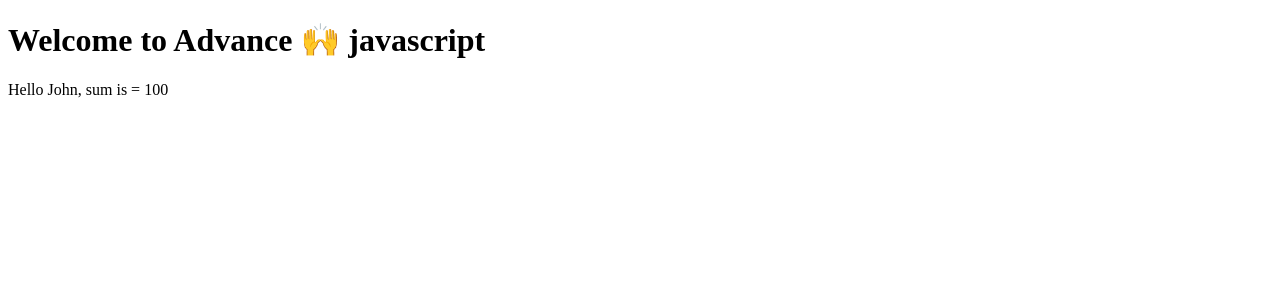
Repository: Gulzarokz/Advance_javascript
Page: index.html
The author's editor kept a copy of each file at every save. The page is drawn from the files as they stood at one save, then again after the next save.
The browser window is 1280 px wide. The pictures show the whole page.

Above is the page before, as saved 2026-01-01 22:50:56.

### index.html
<!DOCTYPE html>
<html lang="en">

<head>
    <meta charset="UTF-8">
    <meta name="viewport" content="width=device-width, initial-scale=1.0">
    <title>Advance 🙌 javascript</title>
</head>

<body>
    <h1>Welcome to Advance 🙌 javascript</h1>

    <script src="./index.js"></script>
</body>

</html>

### index.js
// This is the main JavaScript file for the Advance 🙌 javascript project
//var, let and const
//two versions of javascript
//ES5 - 2009
//ES6 old var, let - 2015 new version const and let

// we will used both version of es6 and es5
// es5 - var
// es6 - let and const
// difference between var, let and const
// 1. var is function scoped
// var add self into window object
// function testVar() {
//     for (var i = 0; i < 5; i++) {
//         console.log(i);
//     }
//     console.log(i);

// }
// testVar();
//    let are  block scoped
// let con't add self into window object
// function testLet() {
//     for (let i = 0; i < 5; i++) {
//         console.log(i);
//     }
//     console.log(i);

// }
// testLet();
// 2. var can be re-declared and updated
//    let can be updated but not re-declared
//    const can neither be updated nor re-declared
//

// practical of var, let and const

// var a = 10;
// var a = 20; // re-declared
// a = 30; // updated
// console.log("var a:", a); // 30
// scopping difference
// if (1 == 1) {
//     var x = 10; // function scoped
// }
// console.log(x);

// let
// let b = 10;
// let b = 15; // re-declared error
// b = 20; // updated
// console.log(b);
// if (1 == 1) {
//     let x = 10; // function scoped
//     console.log(x);

// }
// console.log(x);

// const  cannot be updated or re-declared
// const c = 10;
// const c = 20;
// c = 30;
// console.log(c);

// if (1 == 1) {
//     const  x = 10; // function scoped
//     console.log(x);

// }
// console.log(x);
// ====================================================================
// Templete Literals
// ======================================

// var user = "John";
// var greeting = "Hello " + user; before es6 and template literals
// var greeting = `Hello ${user}; welcome to template literals`
// console.log(greeting);

// used in function
// var fName = "John";
// var lName = "Doe";
// function fullName(fName, lName) {
//     return `Your full name is ${fName} ${lName}`;
// }

// let result = fullName(fName, lName);
// console.log(result);

//  ====================================================================
// Arrow Functions
// ======================================
//  funcation add(a, b) { normal function
//         return a + b;
//  }
//  add(5, 10); // 15

// let add = function(a, b){ // function expression
//     return a + b;
// }
// add(5, 10); // 15
//  arrow function
// let add = (a, b) => {
//     return a + b;
// }
// let result = add(5, 10); // 15
// console.log(result);

//  ====================================================================
// Rest operator
// ======================================

// let sum = (name, ...args) => {

//     console.log(`Hello ${name}`);
//     let sum = 0;
//     for (let i in args) {
//         sum += args[i];
//     }
//     return sum;
// }
// console.log(sum("John", 1, 2, 3, 4, 5)); // 15

//  ====================================================================
// var , let , const
// ======================================

// var a = "I am var";
// var a = "Hello " can be re-declared
// a = "world"       can be re-assign
// console.log(a);

// const
// const a = "I am const";
// // var a = "Hello " cannot be re-declared
// // a = "world"      cannot be re-assign
// console.log(a);
// // a = "world"
// console.log(a);

// let

// let a = "i am let";
// let a = "world";  cannot be re-declared
// a = "hello";      // can be re-assign
// a = "hello";
// console.log(a);

// if (1 == 1) {
//     var a = "hello"
//     console.log(a);

// }
// console.log(a);

// if (1 == 1) {
//     let a = "hello"
//     console.log(a);

// }
// console.log(a);


// if (1 == 1) {
//     const a = "hello"
//     console.log(a);

// }
// console.log(a);

// templet staring and templet literals

// let user = "gulzar khan";
// let marks = 550;
// // console.log("Hello" +  user);
// // console.log(`Hello ${user}, welcome to templet literals`);
// console.log(`Hello ${user}, your marks is = ${marks}`);

// let fName = "Gulzar";
// let lName = "Khan";

// function fullName(fName, lName) {
//     return `your fullName is ${fName} ${lName}`;
// }

// let result = fullName(fName, lName);
// console.log(result);

// rest operator

// function sum(name, ...args) {
//     let sum = 0;

//     for (let i in args) {
//         sum += args[i]
//     }
//     // console.log(sum);
//     document.writeln(`Hello ${name}, sum is  = ${sum}`);


// }

// sum("John", 23, 21, 34)
// sum("John", 23, 21)

// spread operator

// let arr1 = [1, 2, 3];
// let arr2 = [4, 5, 6];
// let arr3 = [...arr1, ...arr2];
// console.log(arr3);


function sum(name, ...args) {
    let sum = 0;

    for (let i in args) {
        sum += args[i]
    }
    document.writeln(`Hello ${name}, sum is  = ${sum}`);

}
let arr = [10, 20, 30, 40];

sum("John", ...arr)
console.log(arr);

After the next save:
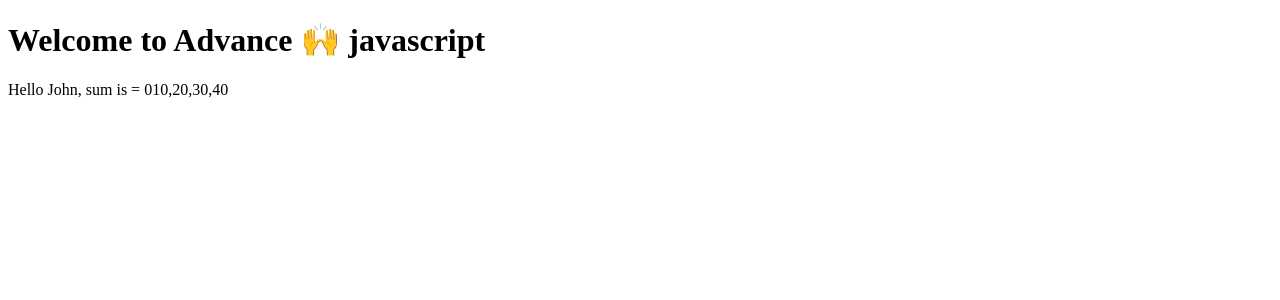
Saved 83 s later.
--- a/index.js
+++ b/index.js
@@ -223,5 +223,4 @@
 }
 let arr = [10, 20, 30, 40];
 
-sum("John", ...arr)
-console.log(arr);
+sum("John", arr)

After the save that followed:
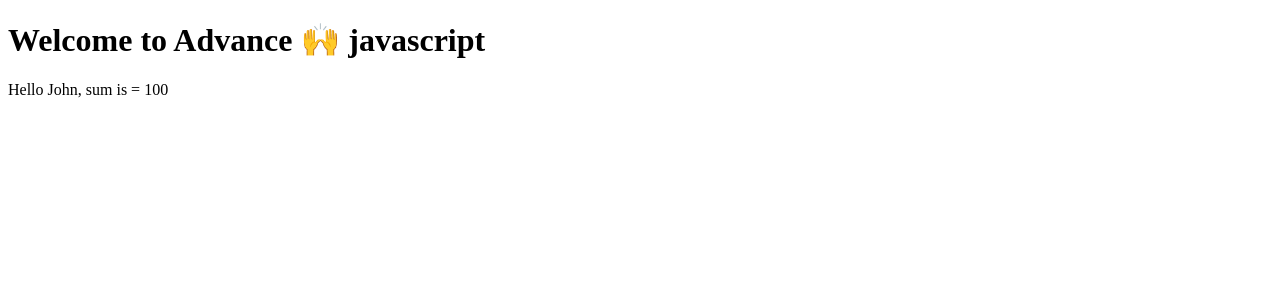
Saved 13 s later.
--- a/index.js
+++ b/index.js
@@ -223,4 +223,4 @@
 }
 let arr = [10, 20, 30, 40];
 
-sum("John", arr)
+sum("John", ...arr);
